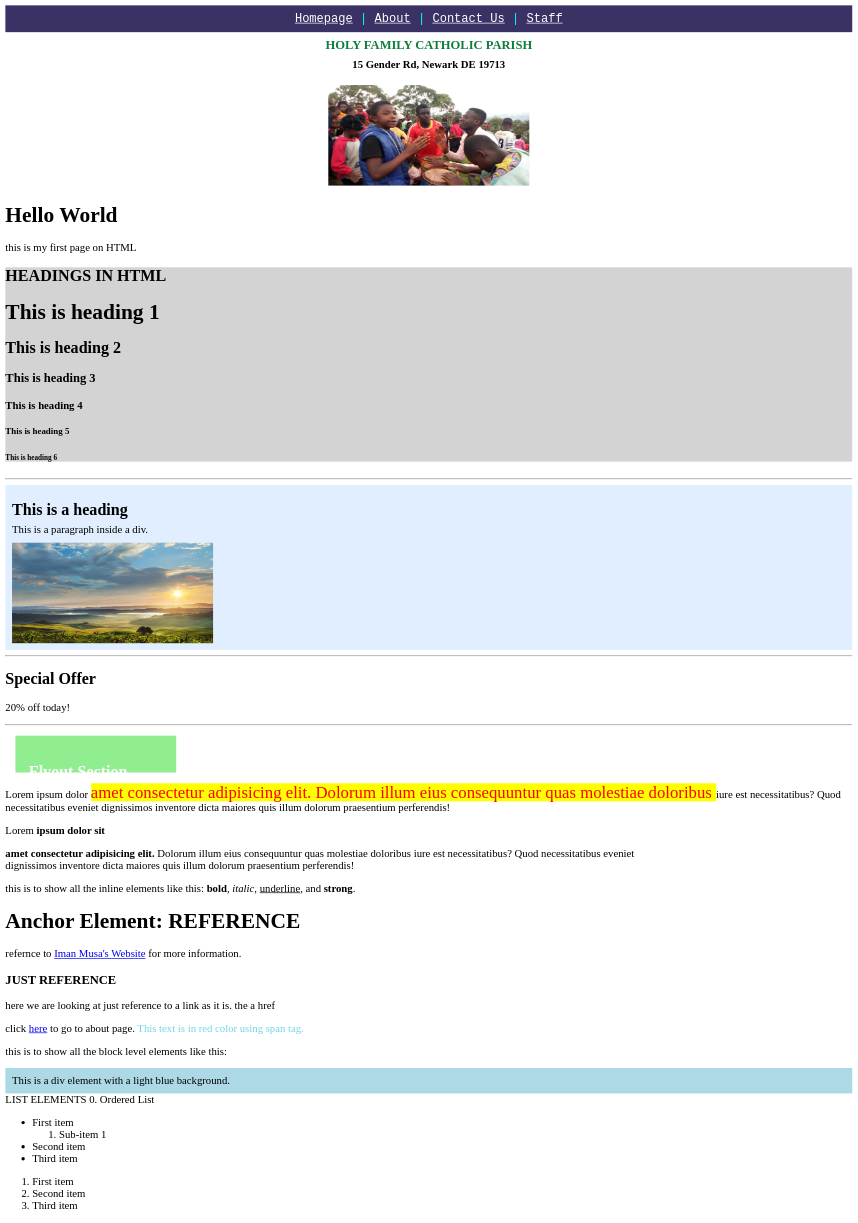
Repository: ficotims/HTML-RESTART
Page: Homepage.html
An editor plug-in stored every save of this project. The page is shown before and after the next save, followed by the edit.
The browser window is 1280 px wide. The pictures show the whole page, at 67% of full size.

Above is the page before, as saved 2026-02-10 13:26:40.

### Homepage.html
<!doctype html>
<html lang="en">
  <head>
    <meta charset="UTF-8" />
    <meta name="viewport" content="width=device-width, initial-scale=1.0" />
    <title>HTML Crash course with Iman Musa</title>
    <link rel="stylesheet" href="Style 1.css"/>
  </head>
  <body>

    <!-- NAVIGATION SECTION -->
        <div style="background-color: rgb(58, 49, 100); padding: 10px; text-align: center; color: aqua; font-size: 18px; font-family: monospace, Lemon milk;">
    <a href="Homepage.html" target="_top" style="color: white;">Homepage</a> |
    <a href="about.html" style="color: white;">About</a> | <a href="Contact us.html" style="color: white;">Contact Us</a> |
    <a href="staff.html" style="color: white;">Staff</a>
     </div>

 <div style="text-align: center;">
    <h3><span style="color: rgb(14, 126, 61);"><div style="line-height: 0;">HOLY FAMILY CATHOLIC PARISH</b></span></h3>
    <H4>15 Gender Rd, Newark DE 19713</H4>
    <img
        src="images/Acension.jpg"
        alt="Catholic Church Logo"
        width="300"
        height="150"
      />
      </div>

    <h1>Hello World</h1>
    <p>this is my first page on HTML</p>
    <!-- this is a comment and will not appear on the screen/ page -->
    <!-- let us introduce the headings -->
    <div style="background-color: lightgray; padding: px; text-align: left">
      <h2>HEADINGS IN HTML</h2>
    <h1>This is heading 1</h1>
    <h2>This is heading 2</h2>
    <h3>This is heading 3</h3>
    <h4>This is heading 4</h4>
    <h5>This is heading 5</h5>
    <h6>This is heading 6</h6>
    </div>

    <!-- here we are starting off LEARNING HOW TO USE THE <div> TAG -->
 <hr>
      <div style="background-color: rgb(224, 238, 255); padding: 10px; text-align: left; line-height: 0.5;">
  <h2>This is a heading</h2>
  <p>This is a paragraph inside a div.</p>
  <img src="images/landscape.jpg" alt="Landscape" width="300"
        height="150" />
</div>
<hr>
<div class="highlight-box">
  <h2>Special Offer</h2>
  <p>20% off today!</p>
</div>
<hr>

  <div class="flyout">
    <h2>Flyout Section</h2>
    <p>This is a flyout section inside a div.</p>
  </div>


    <!-- thi is for paragraphs now -->
    <p>
      Lorem ipsum dolor <span class="body1">amet consectetur adipisicing elit. Dolorum illum
      eius consequuntur quas molestiae doloribus </span> iure est necessitatibus? Quod
      necessitatibus eveniet dignissimos inventore dicta maiores quis illum
      dolorum praesentium perferendis!
    </p>

    <p>
      Lorem <b>ipsum dolor sit <div>amet consectetur adipisicing elit.</b> Dolorum
      illum eius consequuntur quas molestiae doloribus iure est necessitatibus?
      Quod necessitatibus eveniet </div>dignissimos inventore dicta maiores quis illum
      dolorum praesentium perferendis!
    </p>


    <!-- this is for inline leve elements -->

    <p>
      this is to show all the inline elements like this: <b>bold</b>,
      <i>italic</i>, <u>underline</u>, and <strong>strong</strong>.
      <br />

      <!-- using the other inline elements: Anchor Elements (which are just links) -->
    </p>
    <h1>Anchor Element: REFERENCE</h1>
    refernce to
    <a href="https://www.google.com" target="_blank">Iman Musa's Website</a> for
    more information.
    <h3>JUST REFERENCE</h3>
    <p>here we are looking at just reference to a link as it is. the a href</p>
    click <a href="about.html" target="_blank">here</a> to go to about page.

    <!-- SPAN ELEMENT -->
    <span style="color: rgba(31, 190, 211, 0.63)">This text is in red color using span tag.</span>
    <p>
      <!-- now let us introduce the block level elements -->
      this is to show all the block level elements like this:
    </p>

    <div style="background-color: lightblue; padding: 10px">
      This is a div element with a light blue background.
    </div>

    <!-- this is LIST -->
<hi2>LIST ELEMENTS</h2>

    0. Ordered List

    <ul>
      <li>First item</li>
      <ol><li>Sub-item 1</li></ol>
      <li>Second item</li>
      <li>Third item</li>
    </ul>

    <ol>
      <li>First item</li>
      <li>Second item</li>
      <li>Third item</li>
    </ol>
  </body>
</html>

### Style 1.css
.body1 {
    color: red;
    background-color: yellow;
    font-size: 25px;
}

.flyout {
    border: none;
    background-color: lightgreen;
    color: white;
    padding: 20px;
    margin: 15px;
    height: 15px;
    width: 200px;
}

After the next save:
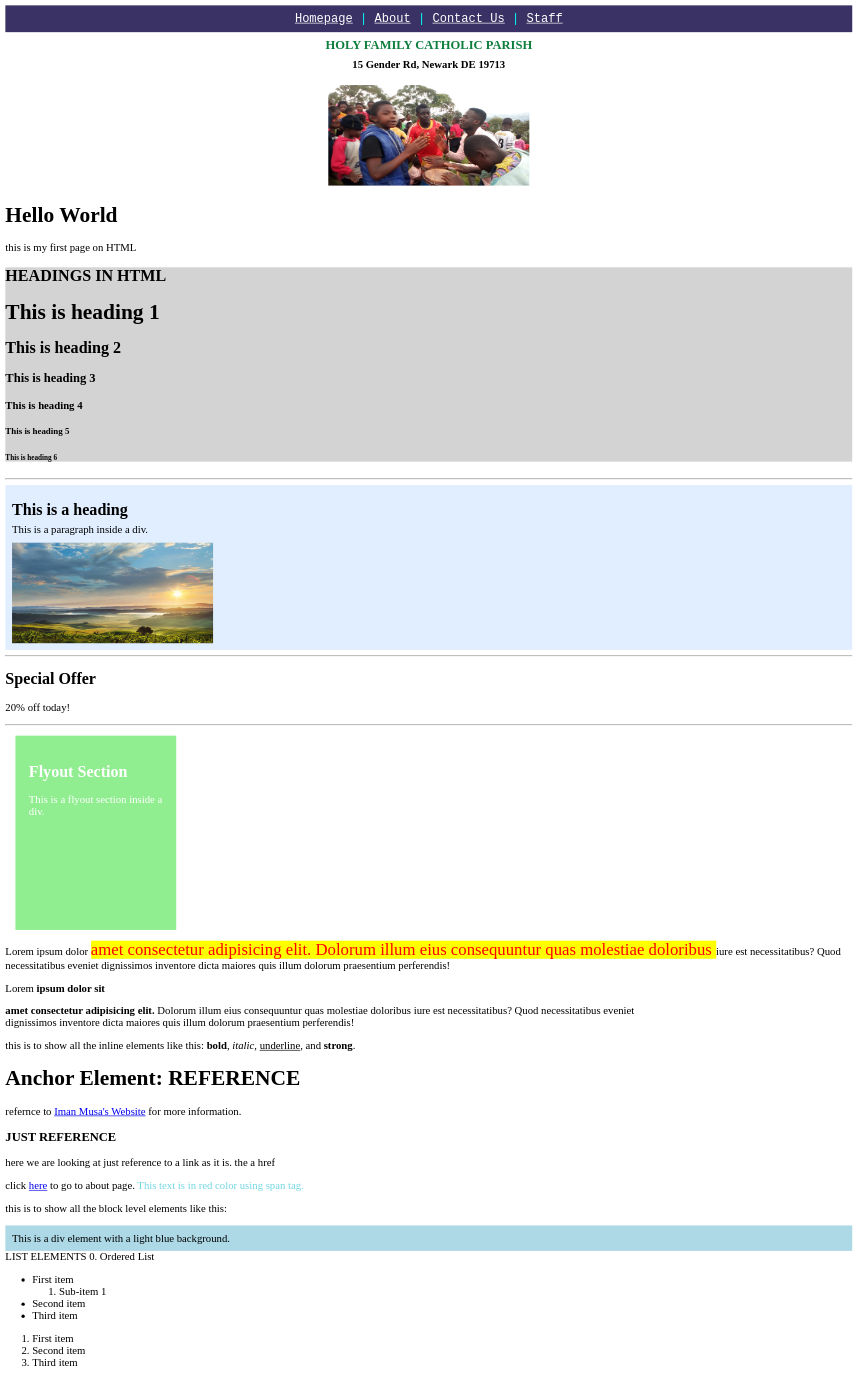
Saved 15 s later.
--- a/Style 1.css
+++ b/Style 1.css
@@ -10,6 +10,6 @@
     color: white;
     padding: 20px;
     margin: 15px;
-    height: 15px;
+    height: 250px;
     width: 200px;
 }
